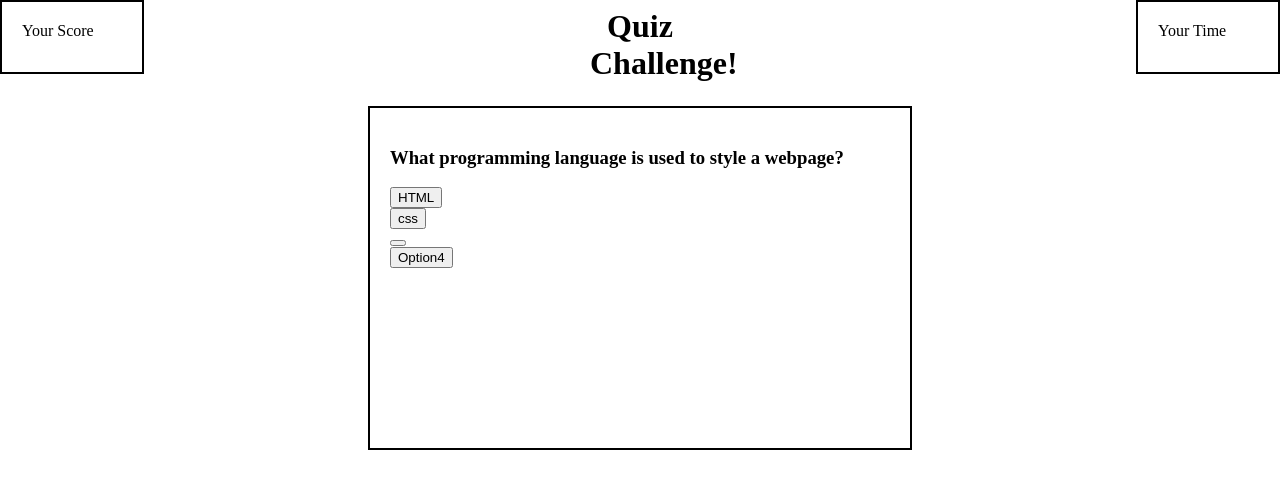
Repository: s88leigh/Quiz-Challenge
Page: index.html
These files come from the project's save history. The page is drawn as it stood at one moment and after the next save; the edit follows.
The browser window is 1280 px wide. The pictures show the whole page.

Above is the page before, as saved 2019-10-19 20:33:41.

### index.html
<!DOCTYPE html>
<html lang="en">

<head>
    <meta charset="UTF-8">
    <meta name="viewport" content="width=device-width, initial-scale=1.0">
    <meta http-equiv="X-UA-Compatible" content="ie=edge">
    <link rel="stylesheet" type="text/css" href="style.css">
    <title>Quiz</title>


</head>

<body>
    <div id="scoreBox">Your Score</div>

    <h1 id="title">Quiz Challenge!</h1>
    <br>
    <div id="question-box">

        <h3 id="question">question</h3>
        <div id="answers"></div>

    </div>

    <div id="timer-box">Your Time</div>



    <script src="./script.js"></script>


</body>

</html>

### style.css
#scoreBox {
  width: 100px;
  height: 30px;
  padding: 20px;
  margin: auto;
  position: absolute;
    left: 0;
    top: 0;
  border: 2px solid black;
  text-align: center, top;

}

#title {
    width: 100px;
    height: 50px;
    margin: auto;
    margin-bottom: 30px;
    text-align: center;
}

#question-box {
    width: 500px;
    height:300px;
    padding: 20px;
    margin: auto;
    border: 2px solid black;
}

#timer-box {
  width: 100px;
  height: 30px;
  padding: 20px;
  margin: auto;
  position: absolute;
    right: 0;
    top: 0;
  border: 2px solid black;

}

### script.js
// var btn1 = document.getElementById("btn1");
// var btn2 = document.getElementById("btn2");
// var btn3 = document.getElementById("btn3");
// var btn4 = document.getElementById("btn4");
var currQuestionDiv = document.getElementById("question");
var answersDiv = document.getElementById("answers");

var questions = [
    {
        questionText: "What programming language is used to style a webpage?",
        choices: ["HTML", "css", "", "Option4"],
        answer: "css"
    },
    {
        questionText: "Which one is a DOM element?",
        choices: ["Option 1", "Option 2", "addEventListener", "Option4"],
        answer: "addEventListener"
    },
    {
        questionText: "Which is a DOM attribute?",
        choices: ["value", "Option 2", "Option3", "Option4"],
        answer: "value"
    },
    {
        questionText: "What are the inputs of a function called?",
        choices: ["Option 1", "Option 2", "Option3", "parameters"],
        answer: "parameters"
    },
    {
        questionText: "What is the output of a function called?",
        choices: ["Option 1", "Option 2", "Option3", "parameters"],
        answer: "return"
    }
];



var counter = 0;
var questIndex = 0;
var seconds
var timerInterval;

function startTimer(){
    clearInterval(timerInterval);
    seconds = 0;
    timerInterval = setInterval(function(){
        console.log(seconds, timerInterval);
        seconds++;
        // if(seconds ===){
        //     clearInterval(timerInterval);
        //     questIndex++;
            if(questIndex > questions.length){
                clearInterval(timerInterval);
                questionText();
            }
        }
    , 1000);

}
function questionText() {
    startTimer();

    var currentQuestion = questions[questIndex];
    currQuestionDiv.innerText = currentQuestion.questionText;

    answersDiv.innerHTML = "";
    for (var i = 0; i < currentQuestion.choices.length; i++) {
        var button = document.createElement("button");
        var newline = document.createElement("br");

        button.innerText = currentQuestion.choices[i];
        button.onclick = clickButton;
        button.setAttribute("value", currentQuestion.choices[i])

        answersDiv.appendChild(button)
        answersDiv.appendChild(newline)
    }
};

function clickButton() {
    var choice = this.value;

    if(choice === questions[questIndex].answer){
        alert("Correct");
        questIndex++;
        counter = counter + 1;
        alert ("yay, you've got  "  + counter+"/ 5" + "right!");

        questionText();

    } else {
        alert("Incorrect!")
        questIndex++;
        questionText();
    }

}

questionText()

After the next save:
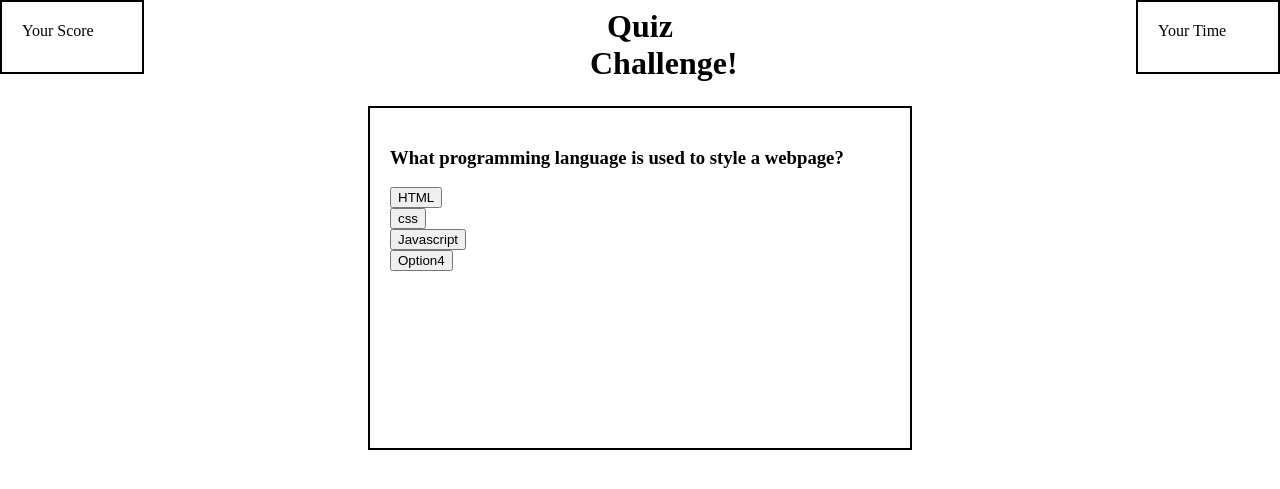
Saved 4 s later.
--- a/script.js
+++ b/script.js
@@ -8,7 +8,7 @@ var answersDiv = document.getElementById("answers");
 var questions = [
     {
         questionText: "What programming language is used to style a webpage?",
-        choices: ["HTML", "css", "", "Option4"],
+        choices: ["HTML", "css", "Javascript", "Option4"],
         answer: "css"
     },
     {
